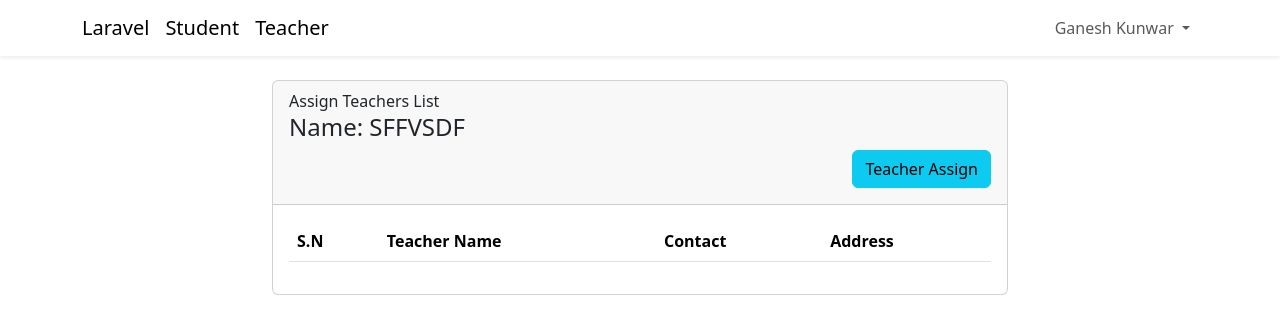
Repository: kunwarganesh07/Example
Page: http://localhost/assign/teachers/4
The author's editor kept a copy of each file at every save. The page is drawn from the files as they stood at one save, then again after a run of saves.
The browser window is 1280 px wide. The pictures show the whole page.
The page is served by the project's Laravel application, run on PHP 8.4 with Laravel 12. The first stored user is signed in. The database holds what the project's SQL file puts in it.

Above is the page before, as saved 2025-11-19 14:48:25.

After the next 2 saves:
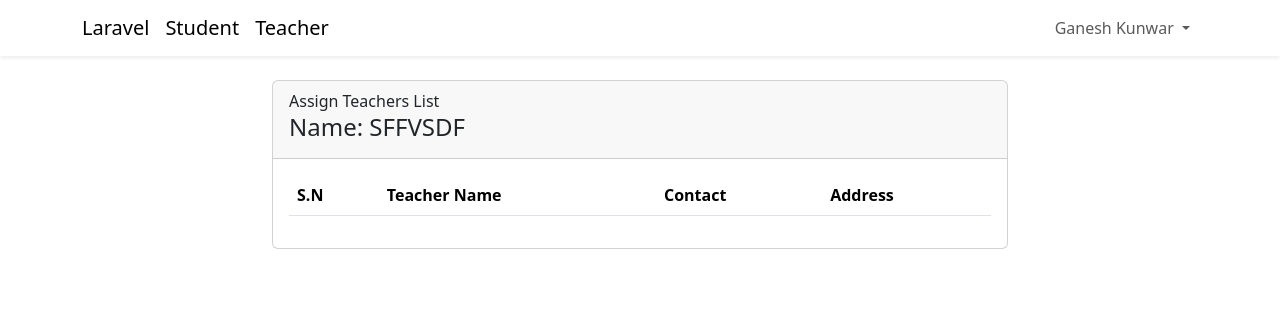
The 2 saves are shown as one change because they came seconds apart.
The last was saved 20 s later.
--- a/resources/views/student/assignteacher.blade.php
+++ b/resources/views/student/assignteacher.blade.php
@@ -8,8 +8,9 @@
                     <div class="card-header">{{ __('Assign Teachers List') }}
                         <h4>Name: {{ $data->name }}</h4>
                         <h4 class="text-end">
-                            <a href="{{ route('pay.fees', $data->id) }}" class="btn btn-info">Teacher Assign</a>
+                            <form action="">
 
+                            </form>
                         </h4>
                     </div>
 
